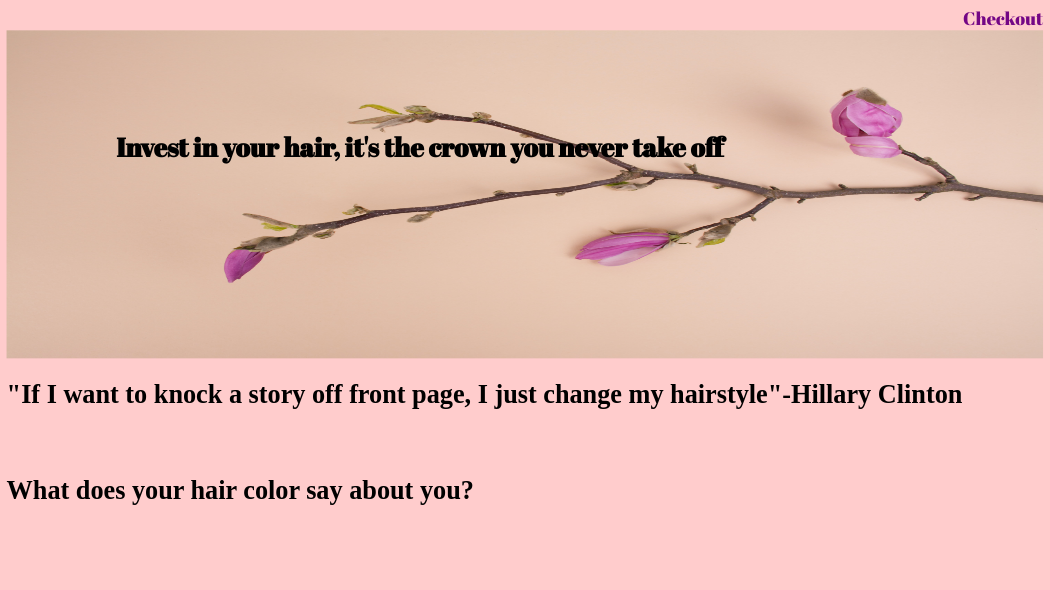
Repository: aarushi-07/Hair-and-Spa-booking-system
Page: http://localhost/salon/WEB-INF/jsp/hair.jsp
An editor plug-in stored every save of this project. The page is shown before and after the next save, followed by the edit.
The browser window is 1280 px wide. The pictures show the whole page, at 82% of full size.
The page is served by Tomcat 9. Nobody is signed in. The template is opened directly, without the code that normally fills it, so the values that code supplies are empty.

Above is the page before, as saved 2020-07-10 07:51:42.

After the next save:
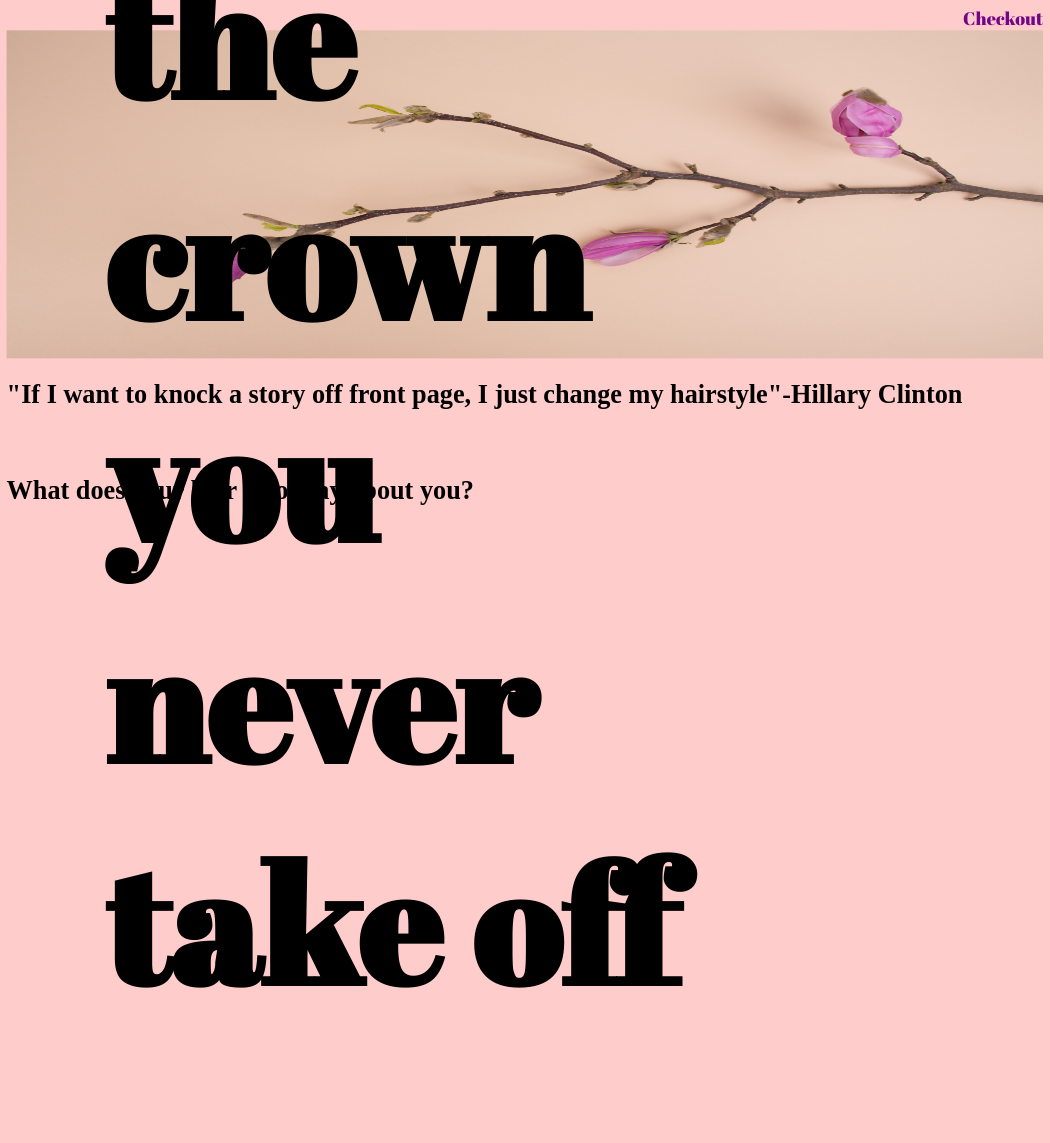
Saved 34 s later.
--- a/salon/src/main/webapp/resources/css/all.css
+++ b/salon/src/main/webapp/resources/css/all.css
@@ -64,4 +64,5 @@ body {
   top: 25%;
   left: 40%;
   transform: translate(-50%, -50%);
+  font-size: 100px;
 }
